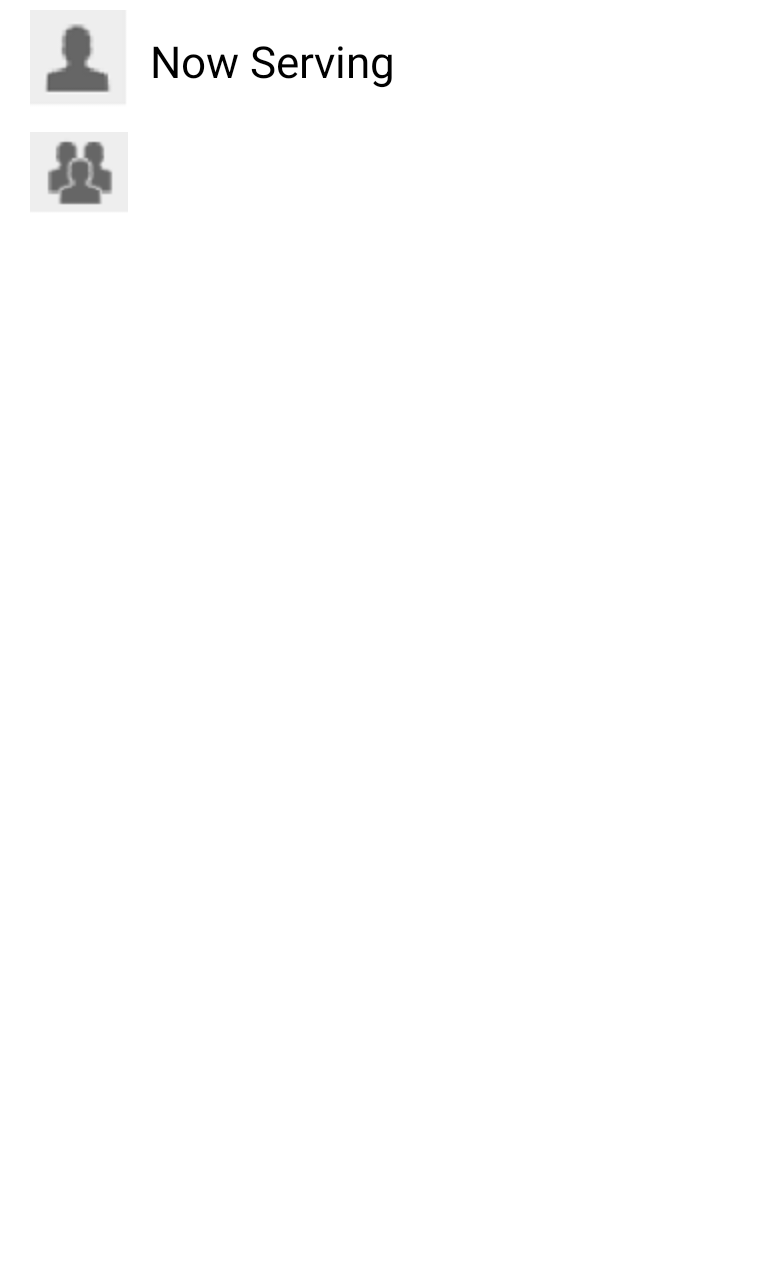
Repository: judemailom/queue-manager
Layout: QueueManager/res/layout/activity_queue.xml
An editor plug-in stored every save of this project. The layout is shown before and after a run of saves, followed by the edit.
It is drawn on a 768 x 1280 px phone screen (xhdpi) without system bars, with theme AppTheme; the app's code is not run.

Above is the layout before, as saved 2013-12-23 01:48:17.

After the next 2 saves:
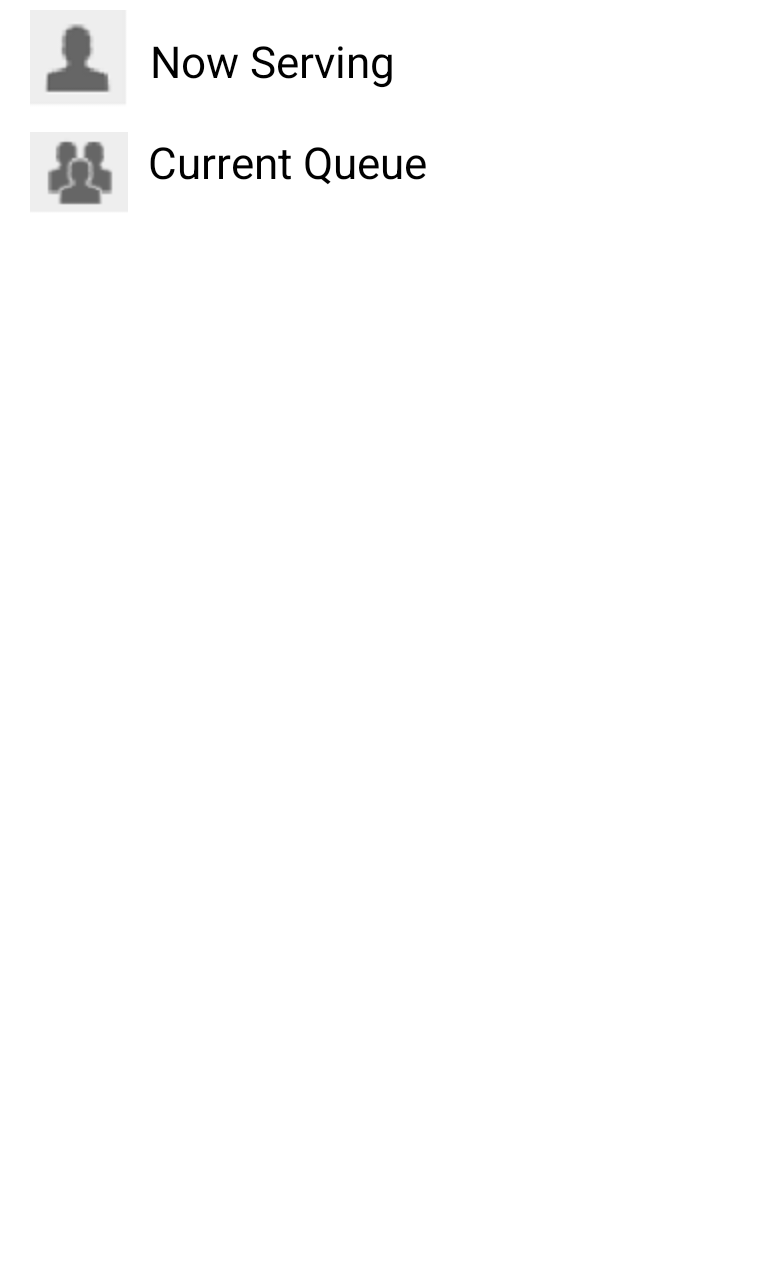
The 2 saves are shown as one change because they came seconds apart.
The last was saved 21 s later.
--- a/QueueManager/res/layout/activity_queue.xml
+++ b/QueueManager/res/layout/activity_queue.xml
@@ -105,7 +105,13 @@
                     android:paddingLeft="10dp"
                     android:text="@string/current_queue"
                     android:textAppearance="?android:attr/textAppearanceLarge"
-                    android:layout_span="2"/>
+                    android:layout_span="1"/>
+
+                <TextView
+                    android:id="@+id/textView2"
+                    android:layout_width="wrap_content"
+                    android:layout_height="wrap_content"
+                    android:textAppearance="?android:attr/textAppearanceSmall" />
 
             </TableRow>
 
